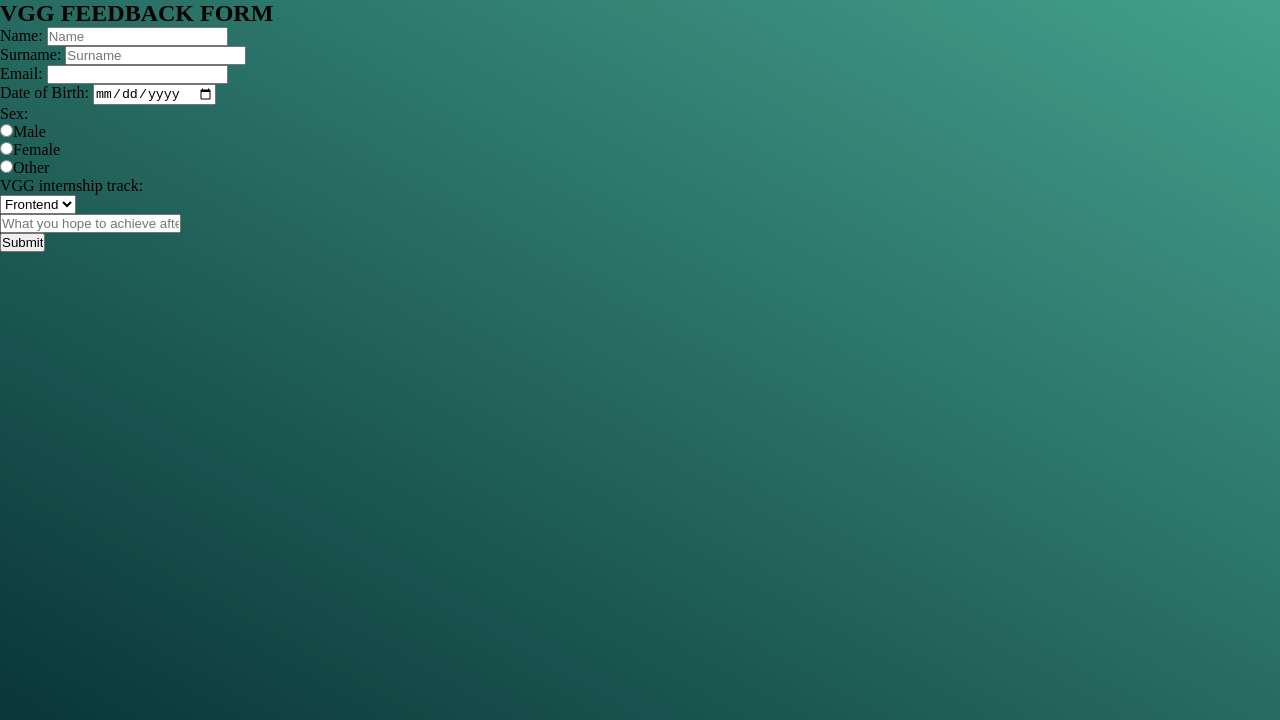
Repository: iphyokafor/VGG-Feedback-form
Page: index.html
The author's editor kept a copy of each file at every save. The page is drawn from the files as they stood at one save, then again after the next save.
The browser window is 1280 px wide. The pictures show the whole page.

Above is the page before, as saved 2020-01-12 20:27:54.

After the next save:
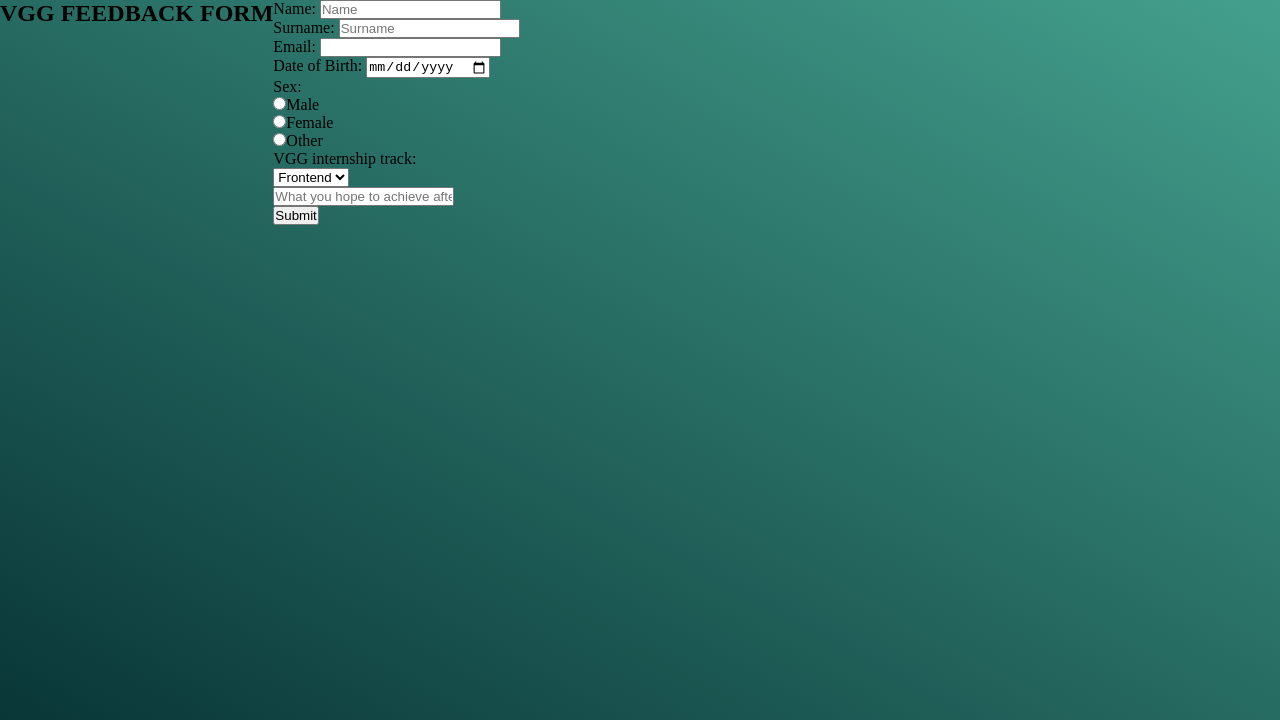
Saved 73 s later.
--- a/style.css
+++ b/style.css
@@ -10,7 +10,13 @@ body {
     height: 100vh;
 }
 
-.container {
+
+/* .container {
     box-sizing: border-box;
     box-shadow: 4px 5px 5px solid black;
+} */
+
+.container {
+    display: flex;
+    flex: 1;
 }
